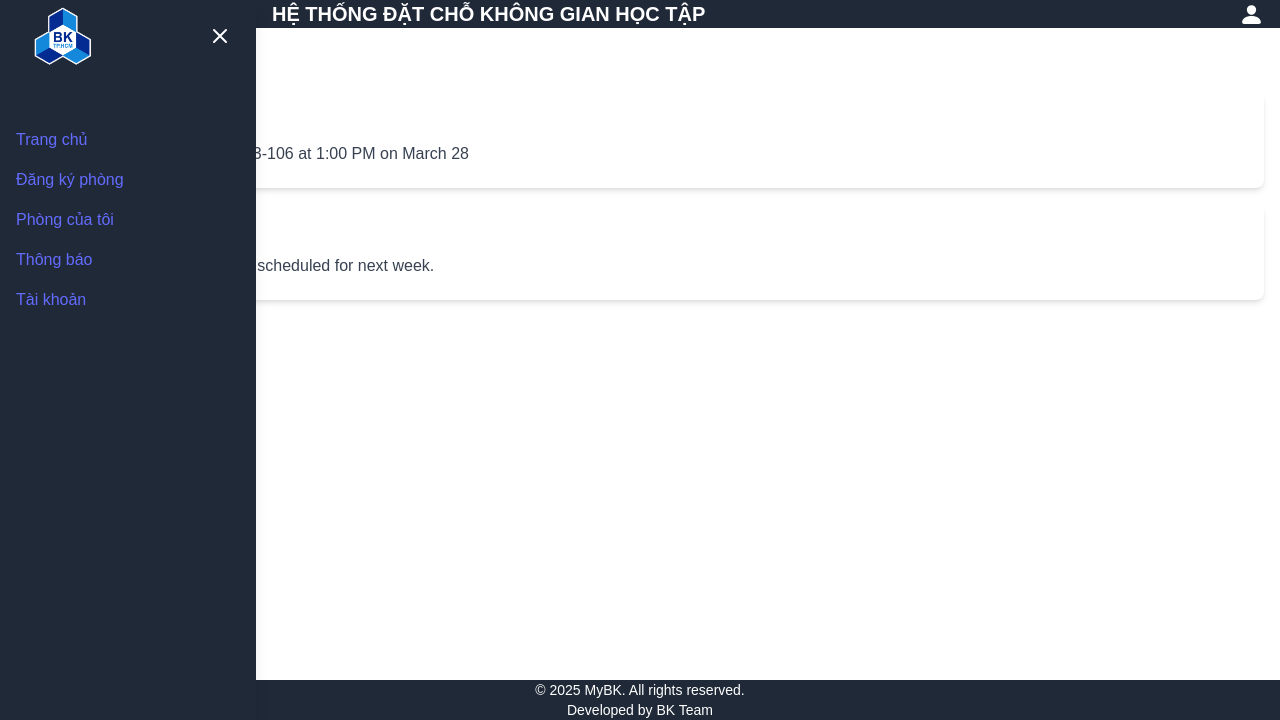
Repository: CNPM-S3MRS/frontend-web
Page: /homepage
An editor plug-in stored every save of this project. The page is shown before and after the next save, followed by the edit.
The browser window is 1280 px wide. The pictures show the whole page.
The project was rebuilt for these pictures with package versions that can differ from the ones it lists, and the page was loaded fresh each time. Also part of the build but not shown: vite.config.js, src/pages/auth/Login.jsx, src/components/card/NotificationCard.jsx, src/components/pagination/Pagination.jsx, src/components/dropdownmenu/DropdownList.jsx, src/pages/notification/notification.jsx.

Above is the page before, as saved 2025-04-10 23:20:22.

### src/App.jsx
import { BrowserRouter as Router, Routes, Route } from 'react-router-dom';
import Login from '@/pages/auth/Login';
import Notification from './pages/notification/notification';
import Homepage from "./pages/homepage/Homepage";

function App() {
  return (
    <Router>
      <Routes>
        <Route path="/login" element={<Login />} />
        <Route path="/homepage" element={<Homepage />} />
        <Route path="/notification" element={<Notification />} /> {/* Add this route */}
        <Route path="/" element={<div>Trang chủ</div>} />
      </Routes>
    </Router>
  );
}

export default App;

### src/index.css
@tailwind base;
@tailwind components;
@tailwind utilities;


:root {
  font-family: system-ui, Avenir, Helvetica, Arial, sans-serif;
  line-height: 1.5;
  font-weight: 400;

  color-scheme: light dark;
  color: rgba(255, 255, 255, 0.87);
  background-color: #242424;

  font-synthesis: none;
  text-rendering: optimizeLegibility;
  -webkit-font-smoothing: antialiased;
  -moz-osx-font-smoothing: grayscale;
}

a {
  font-weight: 500;
  color: #646cff;
  text-decoration: inherit;
}
a:hover {
  color: #535bf2;
}

/* body {
  margin: 0;
  display: flex;
  place-items: center;
  min-width: 320px;
  min-height: 100vh;
} */

h1 {
  font-size: 3.2em;
  line-height: 1.1;
}

.header-button {
  background: none;
  border: none;
  color: inherit;
  cursor: pointer;
  padding: 0;
  display: inline-flex;
  align-items: center;
  justify-content: center;
}


.sidebar-button {
  background: none;
  border: none;
  color: inherit;
  cursor: pointer;
  padding: 0.5rem;
  display: inline-flex;
  align-items: center;
  justify-content: center;
}

.pagination {
  display: flex;

}

.pagination button,
.pagination span {
  display: flex;
  align-items: center;
  justify-content: center;
  min-width: 2.5rem;
  height: 2.5rem;
  font-size: 1rem;
  font-weight: 500;
  background-color: transparent;
  border: none;
  color: #000;
  cursor: pointer;
}

.pagination span {
  color: #000;
}

button {
  border-radius: 8px;
  border: 1px solid transparent;
  padding: 0.6em 1.2em;
  font-size: 1em;
  font-weight: 500;
  font-family: inherit;
  background-color: #1a1a1a;
  cursor: pointer;
  transition: border-color 0.25s;
}
button:hover {
  border-color: #646cff;
}
button:focus,
button:focus-visible {
  outline: 4px auto -webkit-focus-ring-color;
}
h1 {
  font-size: 1.5rem;
  font-weight: bold;
  margin-bottom: 1rem;
}
body {
  font-family: Arial, sans-serif;
  background-color: transparent;
  color: #000000;
}

input[type="checkbox"] {
  width: 1rem;
  height: 1rem;
}

@media (prefers-color-scheme: light) {
  :root {
    color: #213547;
    background-color: #ffffff;
  }
  a:hover {
    color: #747bff;
  }
  button {
    background-color: #f9f9f9;
  }
}

### src/pages/homepage/Homepage.jsx
import React, { useState } from "react";
import Sidebar from "../../components/bars/Sidebar";
import Header from "../../components/header/Header";
import Footer from "../../components/footer/Footer";
import DisplayCard from "../../components/card/DisplayCard";

const Homepage = () => {
  const [isSidebarOpen, setIsSidebarOpen] = useState(true);

  return (
    <div className="container flex flex-col h-screen">
      {/* Header */}
      <Header isSidebarOpen={isSidebarOpen} setIsSidebarOpen={setIsSidebarOpen} />

      <div className="flex flex-grow">
        {/* Sidebar */}
        <Sidebar isSidebarOpen={isSidebarOpen} setIsSidebarOpen={setIsSidebarOpen} />

        {/* Main Content */}
        <div className="flex-grow p-4">
          <h1 className="text-2xl font-bold mb-4">Homepage</h1>
          {/* Display Cards */}
          <div className="space-y-4">
            <DisplayCard
              image="https://via.placeholder.com/150"
              status="Upcoming event"
              statusColor="green"
              message="You have class at H3-106 at 1:00 PM on March 28"
            />
            <DisplayCard
              image="https://via.placeholder.com/150"
              status="Next week"
              statusColor="blue"
              message="You have a meeting scheduled for next week."
            />
          </div>
        </div>
      </div>
      {/* Footer */}
      <Footer />
    </div>
  );
};

export default Homepage;

### src/components/bars/Sidebar.jsx
import React from "react";
import { NavLink } from "react-router-dom";
import LogoBK from "../../assets/LogoBK.jpg"; // Adjust the path as necessary
const Sidebar = ({ isSidebarOpen, setIsSidebarOpen }) => {
  return (
    <div
      className={`fixed inset-y-0 left-0 w-64 bg-gray-800 text-white shadow-lg z-50 transform ${
        isSidebarOpen ? "translate-x-0" : "-translate-x-full"
      } transition-transform duration-300`}
    >
      <div className="flex items-center content-center">
        <img src={LogoBK} alt="Logo" className="w-17 h-20 object-contain" />
      </div>
      {/* Close Button */}
      <button
        onClick={() => setIsSidebarOpen(false)}
        className="sidebar-button absolute top-4 right-4 text-white focus:outline-none"
        aria-label="Close Sidebar"
      >
        <svg
          xmlns="http://www.w3.org/2000/svg"
          width="24"
          height="24"
          fill="none"
          viewBox="0 0 24 24"
          stroke="currentColor"
        >
          <path
            strokeLinecap="round"
            strokeLinejoin="round"
            strokeWidth={2}
            d="M6 18L18 6M6 6l12 12"
          />
        </svg>
      </button>

      {/* Sidebar Links */}
      <ul className="mt-8 space-y-4 p-4">
        <li>
          <NavLink to="/" className="hover:text-gray-400">
            Trang chủ
          </NavLink>
        </li>
        <li>
          <NavLink to="/register-room" className="hover:text-gray-400">
            Đăng ký phòng
          </NavLink>
        </li>
        <li>
          <NavLink to="/my-rooms" className="hover:text-gray-400">
            Phòng của tôi
          </NavLink>
        </li>
        <li>
          <NavLink to="/notification" className="hover:text-gray-400">
            Thông báo
          </NavLink>
        </li>
        <li>
          <NavLink to="/account" className="hover:text-gray-400">
            Tài khoản
          </NavLink>
        </li>
      </ul>
    </div>
  );
};

export default Sidebar;

### src/components/header/Header.jsx
import React from "react";
import LogoBK from "../../assets/LogoBK.jpg"; // Adjust the path as necessary

const Header = ({ isSidebarOpen, setIsSidebarOpen }) => {
  return (
    <header
      className={`flex items-center justify-between px-4 bg-gray-800 text-white transition-all duration-300 ${
        isSidebarOpen ? "lg:pl-64" : "pl-4"
      }`}
    >
      {/* Left Section */}
      <div className="flex items-center space-x-2">
        {/* Conditionally hide Hamburger Menu and Logo */}
        {!isSidebarOpen && (
          <>
            {/* Hamburger Menu */}
            <button
              onClick={() => setIsSidebarOpen(!isSidebarOpen)}
              className="header-button focus:outline-none"
              aria-label="Toggle Sidebar"
            >
              <svg
                xmlns="http://www.w3.org/2000/svg"
                width="24"
                height="24"
                fill="currentColor"
                className="bi bi-list"
                viewBox="0 0 16 16"
              >
                <path
                  fillRule="evenodd"
                  d="M2.5 12a.5.5 0 0 1 .5-.5h10a.5.5 0 0 1 0 1H3a.5.5 0 0 1-.5-.5m0-4a.5.5 0 0 1 .5-.5h10a.5.5 0 0 1 0 1H3a.5.5 0 0 1-.5-.5m0-4a.5.5 0 0 1 .5-.5h10a.5.5 0 0 1 0 1H3a.5.5 0 0 1-.5-.5"
                />
              </svg>
            </button>

            {/* Logo */}
            <img src={LogoBK} alt="Logo" className="w-17 h-16 object-contain" />
          </>
        )}

        {/* Logo Text */}
        <span className="text-xl font-semibold pl-4">
          HỆ THỐNG ĐẶT CHỖ KHÔNG GIAN HỌC TẬP
        </span>
      </div>

      {/* Account */}
      <button
        className="header-button focus:outline-none"
        aria-label="Login"
        onClick={() =>
          (window.location.href =
            "https://sso.hcmut.edu.vn/cas/login?service=https://mybk.hcmut.edu.vn/my/homeSSO.action")
        }
      >
        <svg
          xmlns="http://www.w3.org/2000/svg"
          width="25"
          height="25"
          fill="currentColor"
          className="bi bi-person-circle"
          viewBox="0 0 16 16"
        >
          <path d="M3 14s-1 0-1-1 1-4 6-4 6 3 6 4-1 1-1 1zm5-6a3 3 0 1 0 0-6 3 3 0 0 0 0 6" />
          <path d="M8 8a2 2 0 1 0 0-4 2 2 0 0 0 0 4z" />
          <path
            fillRule="evenodd"
            d="M8 9a3 3 0 0 0-2.83 2h5.66A3 3 0 0 0 8 9z"
          />
        </svg>
      </button>
    </header>
  );
};

export default Header;

### src/components/footer/Footer.jsx
import React from "react";

const Footer = () => {
    return(
        <footer className="bg-gray-800 text-white">

            <div className="container mx-auto text-center">
                <p className="text-sm">&copy; {new Date().getFullYear()} MyBK. All rights reserved.</p>
                <p className="text-sm">Developed by BK Team</p>
            </div>
        </footer>
    );
};

export default Footer;

### src/components/card/DisplayCard.jsx
import React from "react";

const DisplayCard = ({ image, status, statusColor, message }) => {
    // cardStyles : card with footer

    return (
        <div className="bg-white shadow-md rounded-lg p-4 flex items-center">
            <img src={image} alt="Notification" className="w-16 h-16 rounded-full mr-4" />
            <div className="flex-grow">
                <h2 className={`text-lg font-bold text-${statusColor}-600`}>{status}</h2>
                <p className="text-gray-700">{message}</p>
            </div>
        </div>
    );

};

export default DisplayCard;

### tailwind.config.js
/** @type {import('tailwindcss').Config} */
module.exports = {
  content: ["./src/**/*.{js,jsx,ts,tsx}"], // Include all source files
  theme: {
    extend: {},
  },
  plugins: [],
};

Loaded but not shown: index.html (common file); src/main.jsx (common file)

After the next save:
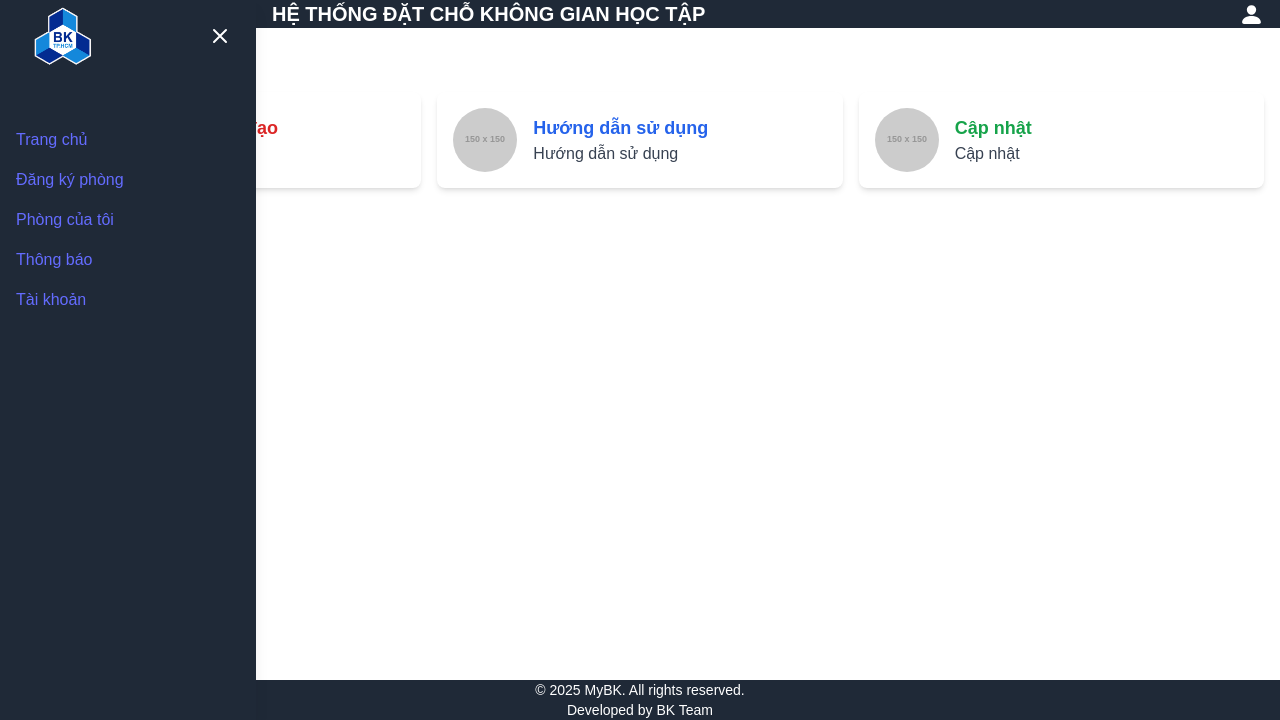
Saved 112 s later.
--- a/src/pages/homepage/Homepage.jsx
+++ b/src/pages/homepage/Homepage.jsx
@@ -20,18 +20,24 @@ const Homepage = () => {
         <div className="flex-grow p-4">
           <h1 className="text-2xl font-bold mb-4">Homepage</h1>
           {/* Display Cards */}
-          <div className="space-y-4">
+          <div className="grid grid-cols-1 sm:grid-cols-2 lg:grid-cols-3 gap-4">
             <DisplayCard
               image="https://via.placeholder.com/150"
-              status="Upcoming event"
-              statusColor="green"
-              message="You have class at H3-106 at 1:00 PM on March 28"
+              status="Hiến máu nhân đạo"
+              statusColor="red"
+              message="Hiến máu nhân đạo"
             />
             <DisplayCard
               image="https://via.placeholder.com/150"
-              status="Next week"
+              status="Hướng dẫn sử dụng"
               statusColor="blue"
-              message="You have a meeting scheduled for next week."
+              message="Hướng dẫn sử dụng"
+            />
+            <DisplayCard
+              image="https://via.placeholder.com/150"
+              status="Cập nhật"
+              statusColor="green"
+              message="Cập nhật"
             />
           </div>
         </div>
